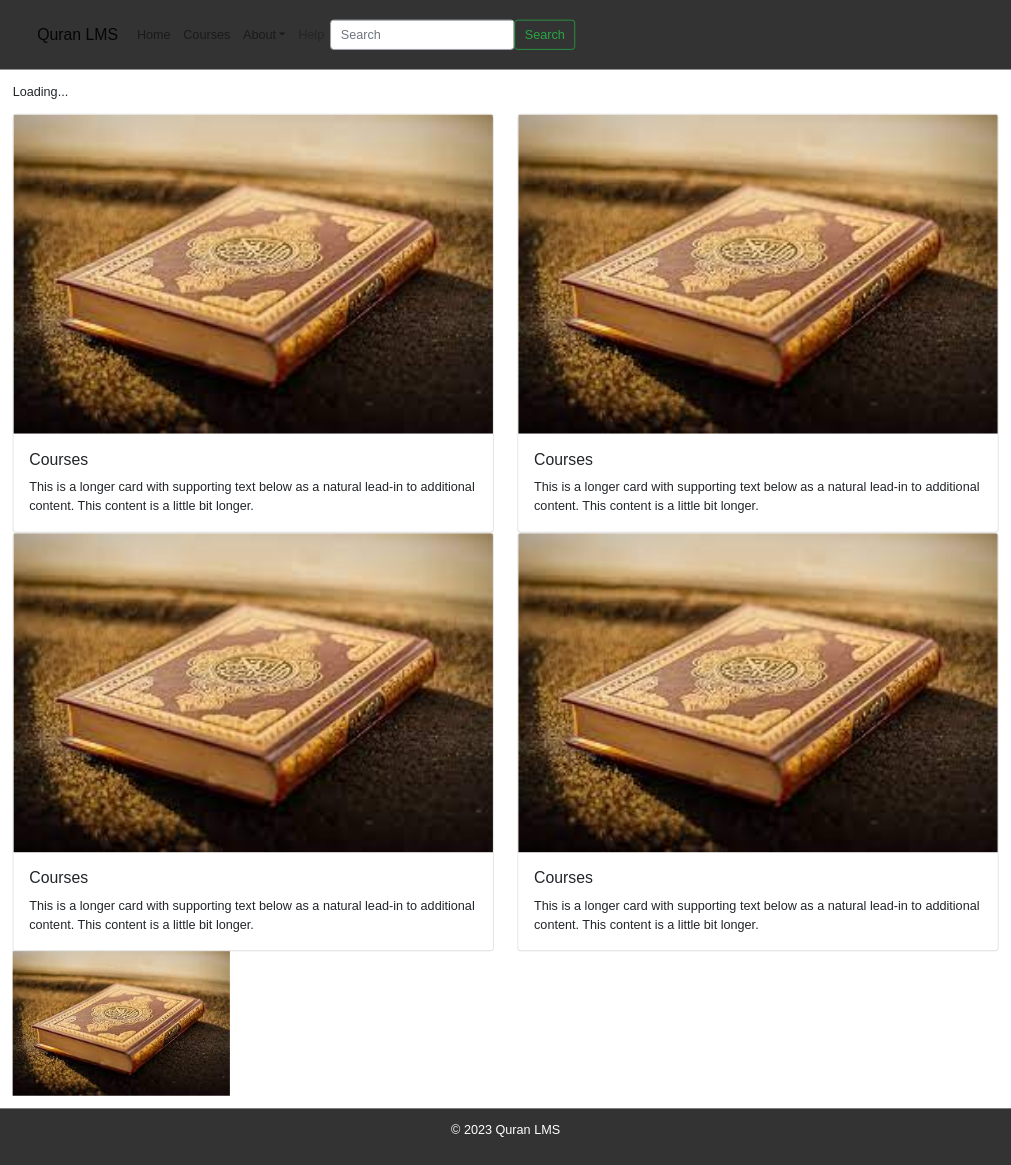
Repository: talha-mahmood/Quran-Lms-react
Page: /
These files come from the project's save history. The page is drawn as it stood at one moment and after the next save; the edit follows.
The browser window is 1280 px wide. The pictures show the whole page, at 79% of full size.
The page's requests for data from a server got no answer. The project was rebuilt for these pictures with package versions that can differ from the ones it lists, and the page was loaded fresh each time. No one was signed in, and anything a server would have sent is missing.

Above is the page before, as saved 2023-03-08 01:43:36.

### public/index.html
<!DOCTYPE html>
<html lang="en">
  <head>
    <meta charset="utf-8" />
    <link rel="icon" href="%PUBLIC_URL%/favicon.ico" />
    <meta name="viewport" content="width=device-width, initial-scale=1" />
    <meta name="theme-color" content="#000000" />
    <meta
      name="description"
      content="Web site created using create-react-app"
    />

    <link rel="apple-touch-icon" href="%PUBLIC_URL%/logo192.png" />
    <link rel="stylesheet" href="https://cdn.jsdelivr.net/npm/bootstrap@4.4.1/dist/css/bootstrap.min.css" integrity="sha384-Vkoo8x4CGsO3+Hhxv8T/Q5PaXtkKtu6ug5TOeNV6gBiFeWPGFN9MuhOf23Q9Ifjh" crossorigin="anonymous">
    <script src="https://code.jquery.com/jquery-3.4.1.slim.min.js" integrity="sha384-J6qa4849blE2+poT4WnyKhv5vZF5SrPo0iEjwBvKU7imGFAV0wwj1yYfoRSJoZ+n" crossorigin="anonymous"></script>
   <script src="https://cdn.jsdelivr.net/npm/popper.js@1.16.0/dist/umd/popper.min.js" integrity="sha384-Q6E9RHvbIyZFJoft+2mJbHaEWldlvI9IOYy5n3zV9zzTtmI3UksdQRVvoxMfooAo" crossorigin="anonymous"></script>
   <script src="https://cdn.jsdelivr.net/npm/bootstrap@4.4.1/dist/js/bootstrap.min.js" integrity="sha384-wfSDF2E50Y2D1uUdj0O3uMBJnjuUD4Ih7YwaYd1iqfktj0Uod8GCExl3Og8ifwB6" crossorigin="anonymous"></script>
    <!--
      manifest.json provides metadata used when your web app is installed on a
      user's mobile device or desktop. See https://developers.google.com/web/fundamentals/web-app-manifest/
    -->
    <link rel="manifest" href="%PUBLIC_URL%/manifest.json" />
    <!--
      Notice the use of %PUBLIC_URL% in the tags above.
      It will be replaced with the URL of the `public` folder during the build.
      Only files inside the `public` folder can be referenced from the HTML.

      Unlike "/favicon.ico" or "favicon.ico", "%PUBLIC_URL%/favicon.ico" will
      work correctly both with client-side routing and a non-root public URL.
      Learn how to configure a non-root public URL by running `npm run build`.
    -->
    <title>React App</title>
  </head>
  <body>
    <noscript>You need to enable JavaScript to run this app.</noscript>
    <div id="root"></div>

    <!--
      This HTML file is a template.
      If you open it directly in the browser, you will see an empty page.

      You can add webfonts, meta tags, or analytics to this file.
      The build step will place the bundled scripts into the <body> tag.

      To begin the development, run `npm start` or `yarn start`.
      To create a production bundle, use `npm run build` or `yarn build`.
    -->
  </body>
</html>

### src/App.js
import './App.css';
import React,{Component} from 'react';
import Button from 'react-bootstrap/Button';
import Container from 'react-bootstrap/Container';
import Form from 'react-bootstrap/Form';
import Nav from 'react-bootstrap/Nav';
import Navbar from 'react-bootstrap/Navbar';
import NavDropdown from 'react-bootstrap/NavDropdown';
import Card from 'react-bootstrap/Card';
import Col from 'react-bootstrap/Col';
import Row from 'react-bootstrap/Row';
import myimg from './download.jpeg'
class QuranLMS extends Component {
  state = {
    verses: [],
    isLoading: true
  };

  async componentDidMount() {
    const response = await fetch("https://api.quran.com/api/v4/quran/verses/uthmani?chapter_number=1");
    const data = await response.json();
    this.setState({
      verses: data.verses,
      isLoading: false
    });
  }

  render() {
    const { verses, isLoading } = this.state;
    return (
      <div>


          <div>
          <header>
          <Navbar bg="" expand="lg" >
      <Container fluid>
        <Navbar.Brand href="#" >Quran LMS</Navbar.Brand>
        <Navbar.Toggle aria-controls="navbarScroll" />
        <Navbar.Collapse id="navbarScroll">
          <Nav
            className="me-auto my-2 my-lg-0"
            style={{ maxHeight: '100px' }}
            navbarScroll
          >
            <Nav.Link href="#action1">Home</Nav.Link>
            <Nav.Link href="#action2">Courses</Nav.Link>
            <NavDropdown title="About" id="navbarScrollingDropdown">
              <NavDropdown.Item href="#action3">Register</NavDropdown.Item>
              <NavDropdown.Item href="#action4">
                Another action
              </NavDropdown.Item>
              <NavDropdown.Divider />
              <NavDropdown.Item href="#action5">
                Something else here
              </NavDropdown.Item>
            </NavDropdown>
            <Nav.Link href="#" disabled>
              Help
            </Nav.Link>
          </Nav>
          <Form className="d-flex">
            <Form.Control
              type="search"
              placeholder="Search"
              className="me-2"
              aria-label="Search"
            />
            <Button variant="outline-success">Search</Button>
          </Form>
        </Navbar.Collapse>
      </Container>
    </Navbar>
    </header>
          </div>



        <main>
          {isLoading ? (
            <p>Loading...</p>
          ) : (
            verses.map((verse) => (
              <p key={verse.id}>{verse.text_uthmani}</p>
            ))
          )}
          <div>
          <Row xs={1} md={2} className="g-4">
      {Array.from({ length: 4 }).map((_, idx) => (
        <Col>
          <Card>
            <Card.Img variant="top" src={myimg} />

            <Card.Body>
              <Card.Title>Courses</Card.Title>
              <Card.Text>
                This is a longer card with supporting text below as a natural
                lead-in to additional content. This content is a little bit
                longer.
              </Card.Text>
            </Card.Body>
          </Card>
        </Col>
      ))}
    </Row>
          </div>
          <img src={myimg} alt='a'/>
        </main>
        <footer>
          <p>&copy; 2023 Quran LMS</p>
        </footer>
      </div>
    );
  }
}

export default QuranLMS;

### src/App.css
body {
  font-family: Arial, sans-serif;
  margin: 0;
}

header {
  background-color: #333;
  color: #fff;
  padding: 1em;
}

header h1 {
  margin: 0;
}

main {
  padding: 1em;
}

footer {
  background-color: #333;
  color: #fff;
  padding: 1em;
  text-align: center;
}

Loaded but not shown: src/index.js (common file); src/index.css (common file); src/reportWebVitals.js (common file)

After the next save:
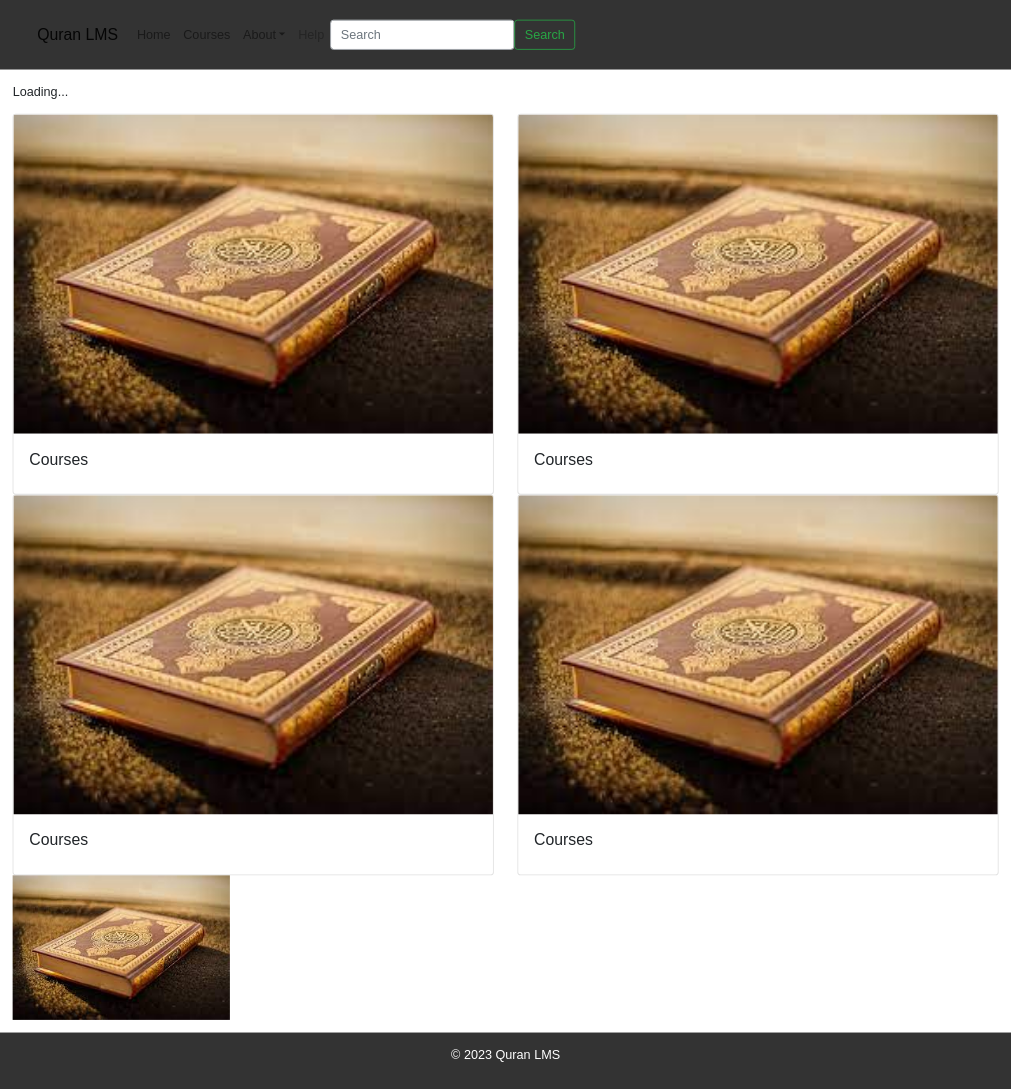
Saved 11 s later.
--- a/src/App.js
+++ b/src/App.js
@@ -94,9 +94,7 @@ class QuranLMS extends Component {
             <Card.Body>
               <Card.Title>Courses</Card.Title>
               <Card.Text>
-                This is a longer card with supporting text below as a natural
-                lead-in to additional content. This content is a little bit
-                longer.
+
               </Card.Text>
             </Card.Body>
           </Card>
